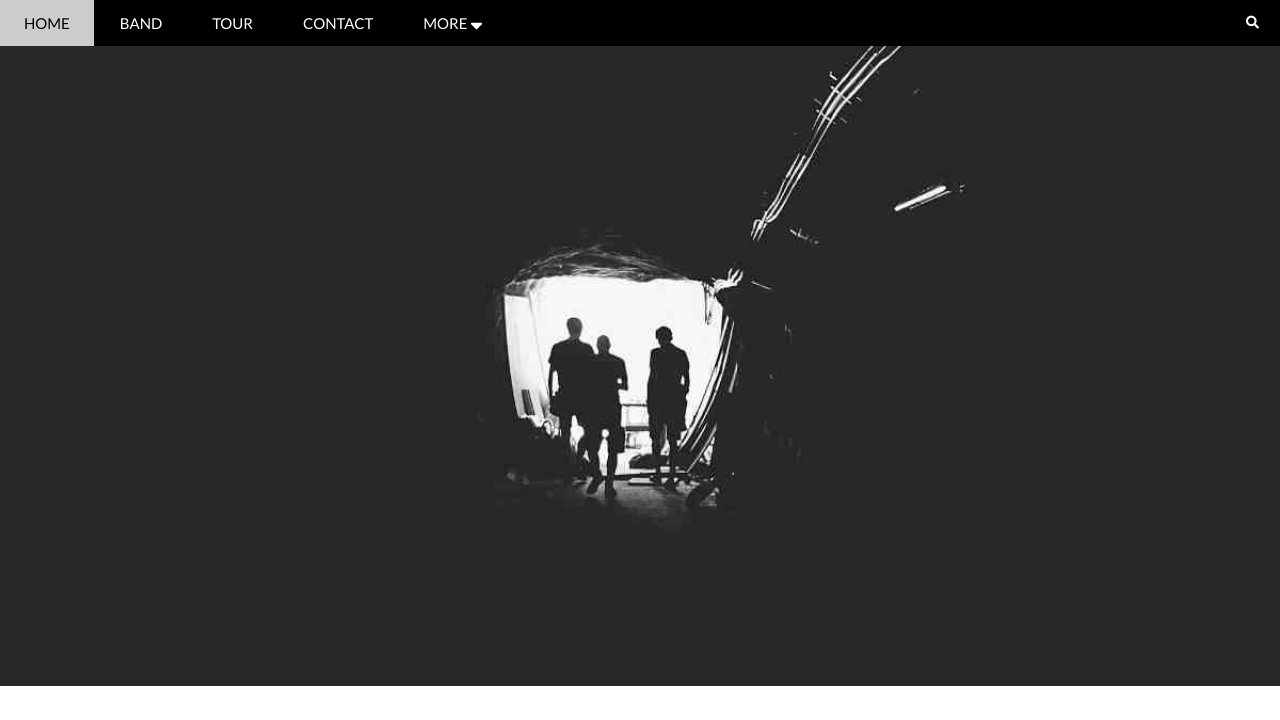
Repository: nguyenthaicong265/w3-band
Page: index.html
These files come from the project's save history. The page is drawn as it stood at one moment and after the next save; the edit follows.
The browser window is 1280 px wide. The pictures show the whole page.

Above is the page before, as saved 2021-12-28 16:11:05.

### index.html
<!DOCTYPE html>
<html lang="en">
<head>
    <meta charset="UTF-8">
    <meta http-equiv="X-UA-Compatible" content="IE=edge">
    <meta name="viewport" content="width=device-width, initial-scale=1.0">
    <title>Document</title>
    <link rel="stylesheet" href="./assets/css/styles.css">
    <link rel="stylesheet" href="https://fonts.googleapis.com/css?family=Lato">
    <link rel="stylesheet" href="./assets/font/themify-icons-font/themify-icons/themify-icons.css">
    <link rel="stylesheet" href="./assets/font/fontawesome-free-5.15.4-web/css/all.css">
</head>
<body>
    <div id="main">
        <div id="header">
            <ul id="nav">
                <li><a href="">Home</a></li>
                <li><a href="">Band</a></li>
                <li><a href="">Tour</a></li>
                <li><a href="">Contact</a></li>
                <li>
                    <a href="#">
                        More
                        <i class="fas fa-sort-down"></i>
                    </a>
                    <ul class="subnav">
                        <li><a href="#">Merchandise</a></li>
                        <li><a href="#">Extras</a></li>
                        <li><a href="#">Media</a></li>
                    </ul>
                </li>
            </ul>
            <div class="search-button">
                <i class="fas fa-search"></i>
            </div>
        </div>

        <div id="slider">
            <div class="text-content">
                <h2 class="text-head">Los Angeles
                </h2>
                <div class="text-description">We had the best time playing at Venice Beach!
                </div>
            </div>
        </div>

        <div id="content">

        </div>

        <div id="footer">

        </div>
    </div>
</body>
</html>

### assets/css/styles.css
/* Reset CSS */
* {
    padding: 0;
    margin: 0;
    box-sizing: border-box;
}

html {
    font-family: "Lato", sans-serif;
    font-size: 62.5%;
}

#main {

}

#header {
    position: fixed;
    top: 0;
    left: 0;
    right: 0;
    height: 46.5px;
    background-color: #000000;

}

#header .search-button {
    float: right;
    padding: 0 21px;
}

#header .search-button:hover {
    cursor: pointer;
    background-color: #f44336!important;
}

#header .fa-search {
    color: #ffffff;
    font-size: 13px;
    line-height: 46px;
}

#nav, .subnav {
    display: inline-block;
    list-style-type: none;
}

#nav > li {
    display: inline-block;
}

#nav li {
    position: relative;
}

#nav > li > a {
    color: #ffffff;
    text-transform: uppercase;
}

#nav li a {
    text-decoration: none;
    line-height: 46.5px;
    padding: 0px 24px;
    font-size: 1.5rem;
    display: block;
}

#nav .fa-sort-down {
    font-size: 20px;
}

#nav li:hover .subnav {
    display: block;

}

#nav > li:hover > a,
#nav .subnav li:hover a {
    color: #000 !important;
    background-color: #ccc !important;
}

#nav .subnav {
    display: none;
    position: absolute;
    min-width: 160px;
    top: 46.5px;
    background-color: #ffffff;
    box-shadow: 0 0 10px rgba(0, 0, 0, 0.3);
}

#nav .subnav a {
    color: #000;
    padding: 0 12px;
    line-height: 38px;
}

#slider {
    position: relative;
    margin-top: 46px;
    padding-top: 50%;
    background: url(/assets/img/slider/slider1.jpg) top center / cover no-repeat;
}

#slider .text-content {
    position: absolute;
    color:#ffffff;
}

#slider .text-head {

}
#slider .text-description {

}

#content {

}

#footer {

}

Loaded but not shown: assets/font/themify-icons-font/themify-icons/themify-icons.css (common file); assets/font/fontawesome-free-5.15.4-web/css/all.css (library)

After the next save:
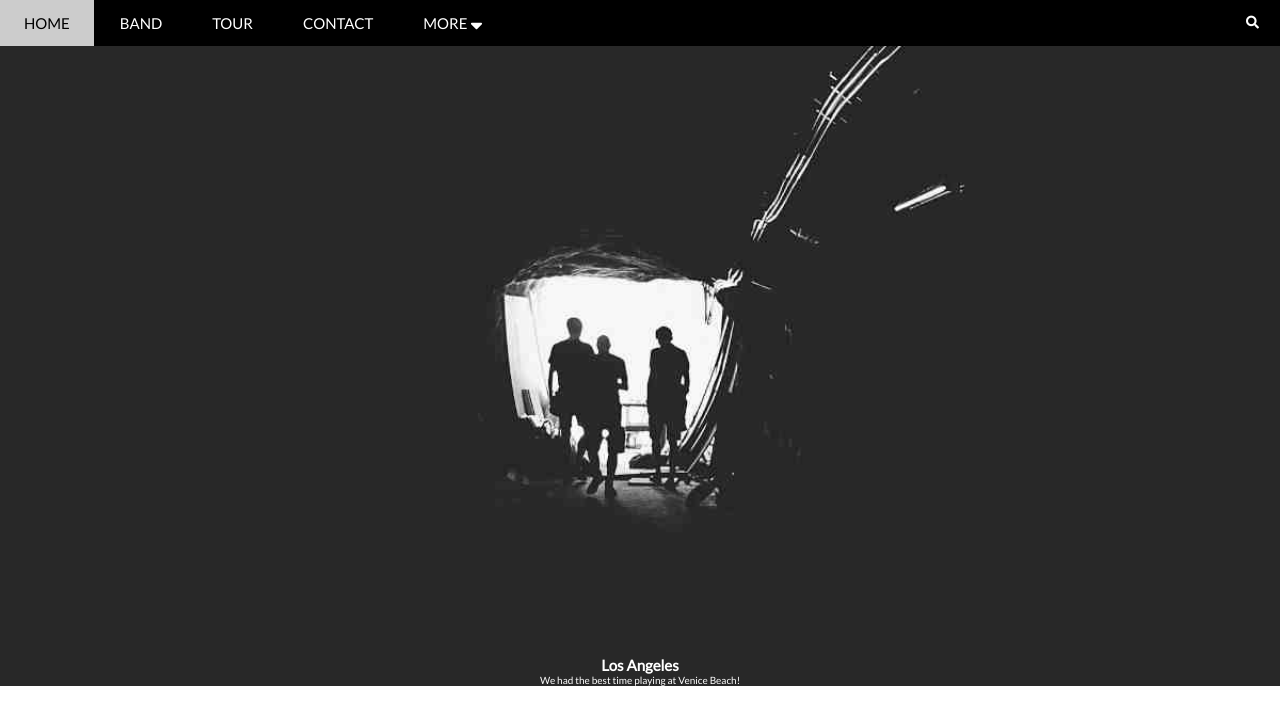
Saved 5 min 26 s later.
--- a/assets/css/styles.css
+++ b/assets/css/styles.css
@@ -106,6 +106,10 @@ html {
 #slider .text-content {
     position: absolute;
     color:#ffffff;
+    bottom: 0;
+    left: 50%;
+    transform: translateX(-50%);
+    text-align: center;
 }
 
 #slider .text-head {
